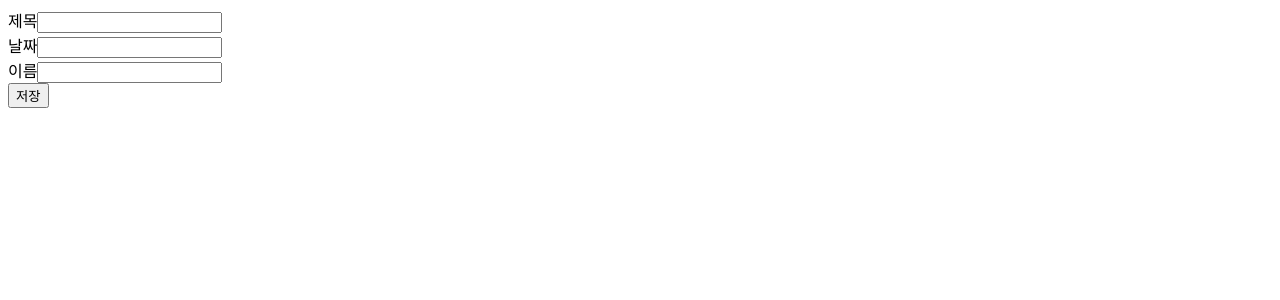
Repository: songgisung/study_web
Page: 20181126/test/board/WebContent/BoardWriter.html
The author's editor kept a copy of each file at every save. The page is drawn from the files as they stood at one save, then again after the next save.
The browser window is 1280 px wide. The pictures show the whole page.

Above is the page before, as saved 2018-11-26 05:42:21.

After the next save:
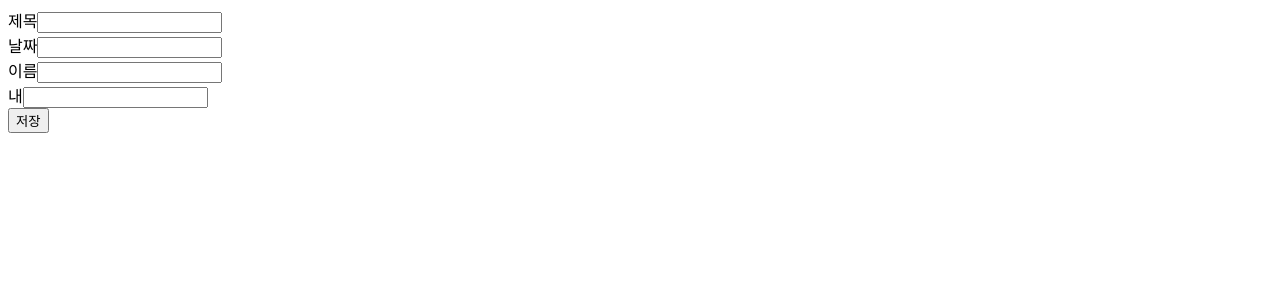
Saved 6 min 42 s later.
--- a/20181126/test/board/WebContent/BoardWriter.html
+++ b/20181126/test/board/WebContent/BoardWriter.html
@@ -11,14 +11,28 @@
 			<tr>제목</tr><input type="text" name="title" /><br/>
 			<tr>날짜</tr><input type="text" name="redate" /><br/>
 			<tr>이름</tr><input type="text" name="writer" /><br/>
+			<tr>내</tr><input type="text" name="content" /><br/>
 			<input type="submit" value="저장">
 		</form>
 		<script>
 			//alert(document.forms[0].title.name);경고창 띄우는 함수
 			function formCheck(){
 				var title = document.forms[0].title.value;
-				//alret("aaaa");
-				alert(title);
+				var redate =  document.forms[0].redate.value;
+				var writer= document.forms[0].writer.value;
+				var content = document.forms[0].content.value;
+				if(title == NULL || title == ""){
+					alert("제목을 넣어주세요.");
+				}
+				else if(redate == NULL || redate == ""){
+					alert("날을 넣어주세요.");
+				}
+				else if(writer == NULL || writer == ""){
+					alert("작성을 넣어주세요.");
+				}
+				else if(content == NULL || content == ""){
+					alert("내을 넣어주세요.");
+				}
 			}
 
 
